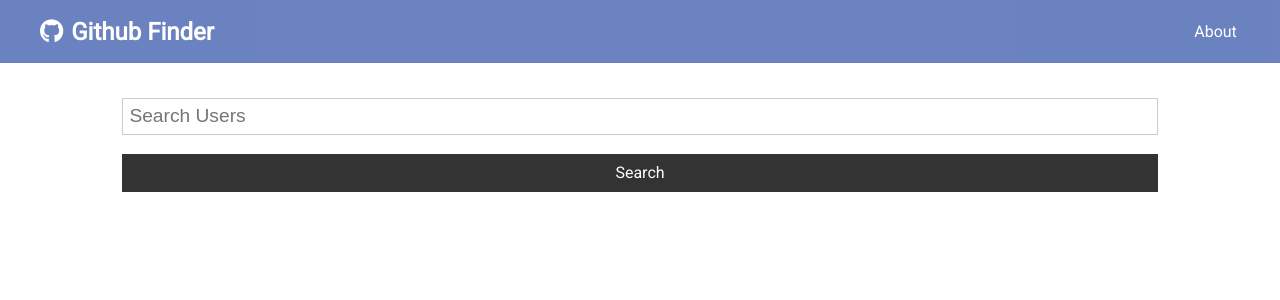
Repository: nuvallo/Github-Finder-Application
Page: / (app in app/)
The author's editor kept a copy of each file at every save. The page is drawn from the files as they stood at one save, then again after the next save.
The browser window is 1280 px wide. The pictures show the whole page.
Some web libraries are served in a nearby version. The project was rebuilt for these pictures with package versions that can differ from the ones it lists, and the page was loaded fresh each time. Also part of the build but not shown: app/src/components/users/UserItem.js, app/src/components/layout/Spinner.js, app/src/components/layout/Alert.js, app/src/components/pages/About.js.

Above is the page before, as saved 2020-03-20 22:34:48.

After the next save:
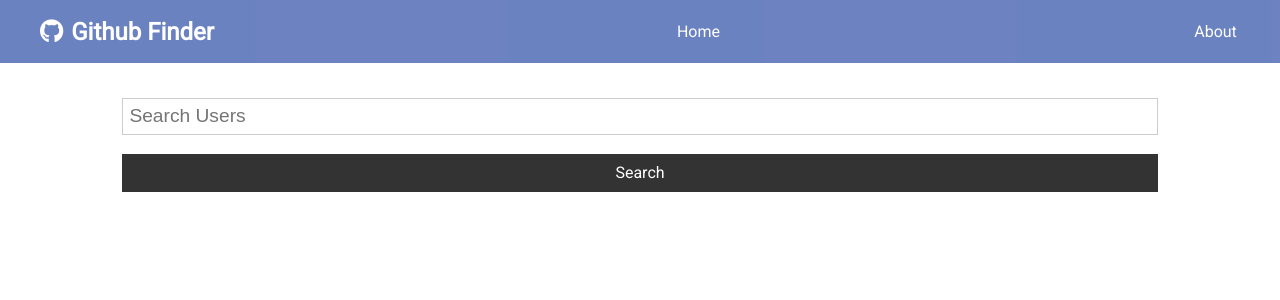
Saved 19 s later.
--- a/app/src/components/layout/Navbar.js
+++ b/app/src/components/layout/Navbar.js
@@ -9,6 +9,7 @@ const Navbar = ({ icon, title }) => {
         <i className={icon} />
         {title}
       </h1>
+      <Link to="/home">Home</Link>
       <Link to="/about">About</Link>
     </nav>
   );
